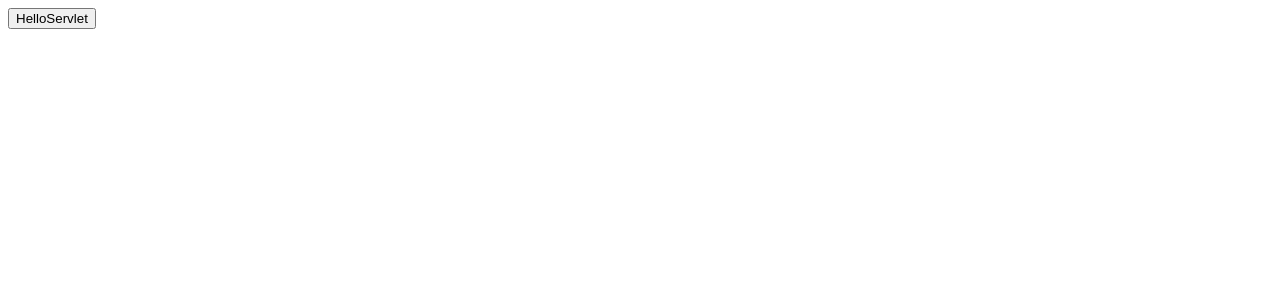
Repository: Sakamoto-Akira/test
Page: http://localhost/HelloServlet/
The author's editor kept a copy of each file at every save. The page is drawn from the files as they stood at one save, then again after the next save.
The browser window is 1280 px wide. The pictures show the whole page.
The page is served by Tomcat 9.

Above is the page before, as saved 2019-04-22 06:20:53.

After the next save:
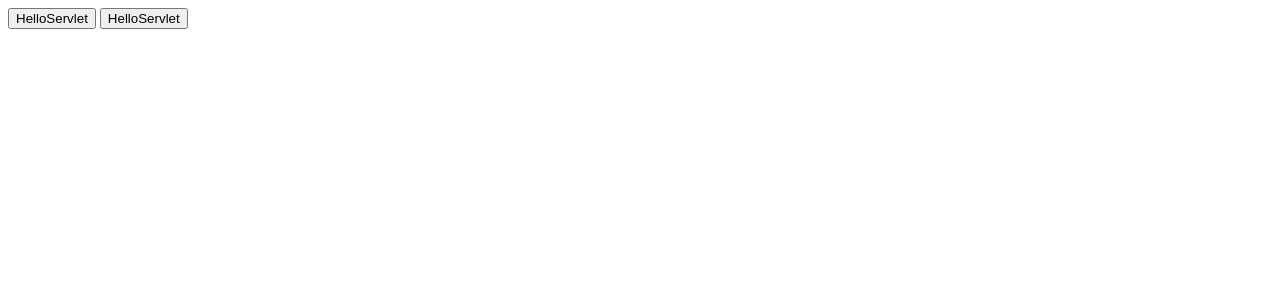
Saved 69 s later.
--- a/HelloServlet/WebContent/index.jsp
+++ b/HelloServlet/WebContent/index.jsp
@@ -8,6 +8,8 @@
 </head>
 <body>
 
+<input type="button" value="HelloServlet" onClick="location.href='HelloServlet'">
 <input type="button" value="HelloServlet" onClick="location.href='welcome.jsp'">
+
 </body>
 </html>
